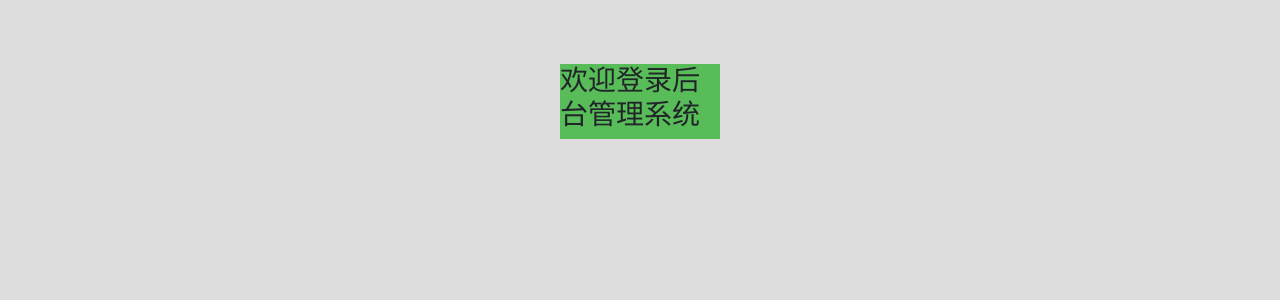
Repository: Rayfang0719/Vue-admin
Page: /
An editor plug-in stored every save of this project. The page is shown before and after the next save, followed by the edit.
The browser window is 1280 px wide. The pictures show the whole page.
The project was rebuilt for these pictures with package versions that can differ from the ones it lists, and the page was loaded fresh each time. Also part of the build but not shown: vue.config.js.

Above is the page before, as saved 2019-05-10 21:22:35.

### public/index.html
<!DOCTYPE html>
<html lang="en">
  <head>
    <meta charset="utf-8">
    <meta http-equiv="X-UA-Compatible" content="IE=edge">
    <meta name="viewport" content="width=device-width,initial-scale=1.0">
    <link rel="icon" href="<%= BASE_URL %>favicon.ico">
    <title>secco-admin</title>
    <style>
    html,body{
      width:100%;
      height:100%;
    }

    </style>
  </head>
  <body>

    <div id="app"></div>
    <!-- built files will be auto injected -->
  </body>
</html>

### src/main.js
import Vue from 'vue'
import App from './App.vue'
import router from './router/router'
import store from './store'

import axios from "axios";
Vue.prototype.$axios = axios;

// import bootstrap lib to the project,没有路径就会直接去找node_modules
import "bootstrap";

import 'lib-flexible';
Vue.config.productionTip = false

new Vue({
  router,
  store,
  render: h => h(App)
}).$mount('#app')

### src/App.vue
<template>
  <div id="app">

    <router-view/>
  </div>
</template>
<script>
export default {

}
</script>

<style>
@import  '../node_modules/bootstrap/dist/css/bootstrap.css';

#app{
  height:100%;
  width:100%;
  background-color: #ddd;
  overflow:hidden;
}
</style>

### src/router/router.js
import Vue from 'vue'
import Router from 'vue-router'
import Login from '../pages/login.vue'


Vue.use(Router)

export default new Router({
  mode: 'history',
  base: process.env.BASE_URL,
  routes: [
    {
      path: '/',
      name: 'Login',
      component: Login
    },
    {
      path: '/admin',
      name: 'admin',
      meta: {
        requireAuth: true
      },
      // route level code-splitting
      // this generates a separate chunk (about.[hash].js) for this route
      // which is lazy-loaded when the route is visited.
      component: () => import(/* webpackChunkName: "about" */ '../pages/admin/admin.vue'),
      children: [
        {
          path: 'basic',
          name: 'basic',
          title: '基本表格',
          component: () => import('../pages/admin/basic')
        }
      ]
    }
  ]
})

### src/store/index.js
import Vue from 'vue'
import Vuex from 'vuex'
import createPersistedState from 'vuex-persistedstate'

Vue.use(Vuex)

/* eslint-disable no-new */
const store = new Vuex.Store({
  plugins: [createPersistedState()],
  modules: {
  }
})

export default store

### src/pages/login.vue
<template>
<div class="login">
    <h3>欢迎登录后台管理系统</h3>
</div>
</template>
<script>
export default {

}
</script>
<style lang="scss" scoped>
.login{
    margin: 4rem auto;
    overflow:hidden;
    width: 10rem;
    /* height:5rem; */
    background-color:#58bc58;
    display:flex;
}
</style>

After the next save:
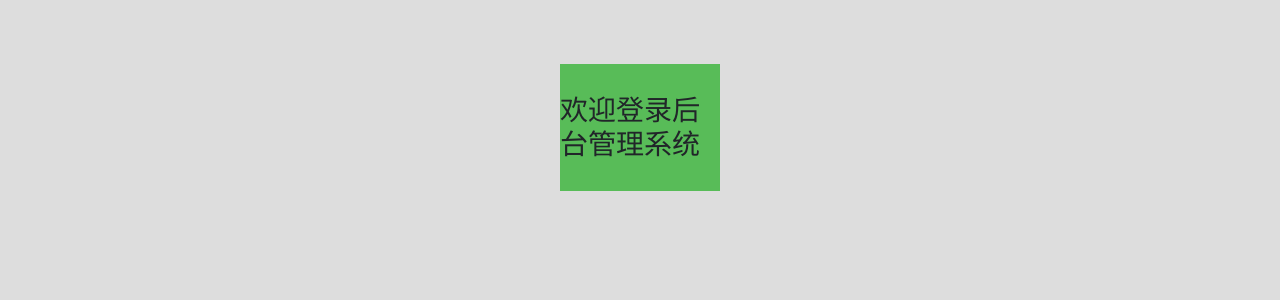
Saved 23 s later.
--- a/src/pages/login.vue
+++ b/src/pages/login.vue
@@ -15,6 +15,8 @@ export default {
     width: 10rem;
     /* height:5rem; */
     background-color:#58bc58;
-    display:flex;
+    h3{
+        margin: 30px auto;
+    }
 }
 </style>
